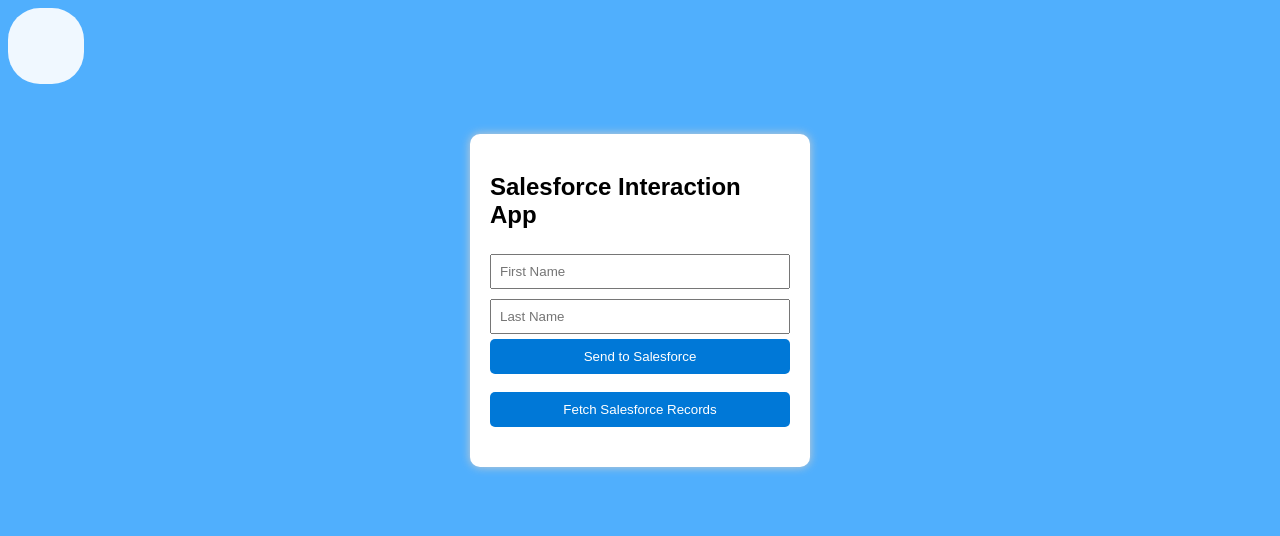
Repository: PamodaW/SalesforceSync
Page: Client/index.html
These files come from the project's save history. The page is drawn as it stood at one moment and after a run of saves; the edit follows.
The browser window is 1280 px wide. The pictures show the whole page.

Above is the page before, as saved 2024-11-20 15:12:43.

### Client/index.html
<!DOCTYPE html>
<html lang="en">
<head>
    <meta charset="UTF-8">
    <meta name="viewport" content="width=device-width, initial-scale=1.0">
    <link rel="stylesheet" href="style.css">
    <title>Salesforce Web App</title>
</head>
<body>
    <div class="Clouds"></div>
    <div class="container">
        <h2>Salesforce Interaction App</h2>
        <form id="salesforceForm">
            <input type="text" id="firstName" placeholder="First Name" required>
            <input type="text" id="lastName" placeholder="Last Name" required>
            <br/>
            <button type="button" onclick="createRecord()">Send to Salesforce</button>
        </form>
        <br/>
        <button onclick="fetchRecords()">Fetch Salesforce Records</button>

        <div id="output"></div>
    </div>
    <script src="script.js"></script>
</body>
</html>

### Client/style.css
body {
    font-family: Arial, sans-serif;
    background-color: #50affd;
}

.container {
    width: 300px;
    margin: 50px auto;
    padding: 20px;
    background: white;
    border-radius: 10px;
    box-shadow: 0 0 10px #ccc;
}

input {
    width: 100%;
    padding: 8px;
    margin: 5px 0;
    box-sizing: border-box;
}

button {
    width: 100%;
    padding: 10px;
    background: #0078d7;
    color: white;
    border: none;
    border-radius: 5px;
    cursor: pointer;
}

button:hover {
    background: #0056a6;
}

#output {
    margin-top: 20px;
}

.Clouds{
    background-color: aliceblue;
    width: 2cm;
    height: 2cm;
    border-radius: 2rem;
    border: black 2px ;
}

.Clouds:hover{
    background-color: #50affd;

}

### Client/script.js
const consumerKey = "3MVG9DREgiBqN9Wn1tmI.eQb32fXpKrWsCOiPp9anMP.XOEs3Rv7Ic_w7Q17wlZtloetkekoWTk5wvuYA8eFB";
const consumerSecret = "A0E8A1E3413392B2C6332CBA430EEA0D6A9BF24CEB56DDAEEF33126583276774";
const username = "pamodaw@gmail.com";
const password = "Pamzi2020yBm8RGuqKhuSUMUayOxBCQAk";

let accessToken = "";

async function authenticate() {
    try {
        const response = await fetch('http://localhost:3000/authenticate', {
            method: 'POST',
            headers: {
                'Content-Type': 'application/json',
            },
        });

        const data = await response.json();
        if (data.access_token) {
            accessToken = data.access_token;
            instanceUrl = data.instance_url;
            console.log('Authenticated successfully');
        } else {
            console.error('Authentication failed', data);
            alert("Authentication failed: " + JSON.stringify(data));
        }
    } catch (error) {
        console.error('Error during authentication', error);
    }
}


// Step 2: Create a Record in Salesforce
// Assuming the accessToken and instanceUrl are set after authentication

async function createRecord() {
    if (!accessToken || !instanceUrl) {
        await authenticate();
    }

    if (accessToken && instanceUrl) {
        const firstName = document.getElementById("firstName").value;
        const lastName = document.getElementById("lastName").value;

        const newContact = {
            FirstName: firstName,
            LastName: lastName,
        };

        try {
            const response = await fetch('http://localhost:3000/createContact', {  // Matches the server port
                method: 'POST',
                headers: {
                    'Content-Type': 'application/json',
                },
                body: JSON.stringify({
                    accessToken: accessToken,
                    instanceUrl: instanceUrl,
                    contactData: newContact,
                }),
            });

            const data = await response.json();

            if (data.id) {
                console.log('Contact created successfully', data);
                alert(`Contact created successfully: ${data.id}`);
            } else {
                console.error('Failed to create contact', data);
                alert("Failed to create contact: " + JSON.stringify(data));
            }
        } catch (error) {
            console.error('Error during contact creation', error);
        }
    } else {
        console.error('Authentication failed. Cannot create record.');
    }
}



// Step 3: Fetch Records from Salesforce
async function fetchRecords() {
    if (!accessToken || !instanceUrl) {
        await authenticate();
    }

    if (accessToken && instanceUrl) {
        try {
            const response = await fetch('http://localhost:3000/getContacts', {
                method: 'POST',
                headers: {
                    'Content-Type': 'application/json',
                },
                body: JSON.stringify({
                    accessToken: accessToken,
                    instanceUrl: instanceUrl,
                }),
            });

            const contacts = await response.json();

            if (Array.isArray(contacts)) {
                console.log('Contacts fetched successfully:', contacts);
                let output = "<h3>Fetched Contacts:</h3>";
                contacts.forEach(contact => {
                    output += `<p>${contact.FirstName} ${contact.LastName}</p>`;
                });
                document.getElementById('output').innerHTML = output;
            } else {
                console.error('Failed to fetch contacts', contacts);
                alert("Failed to fetch contacts: " + JSON.stringify(contacts));
            }
        } catch (error) {
            console.error('Error during contact fetch', error);
        }
    } else {
        console.error('Authentication failed. Cannot fetch contacts.');
    }
}

//clear the Area
async function ClearArea(){
    document.getElementById('output')
            .innerHTML = "";
}

After the next 4 saves:
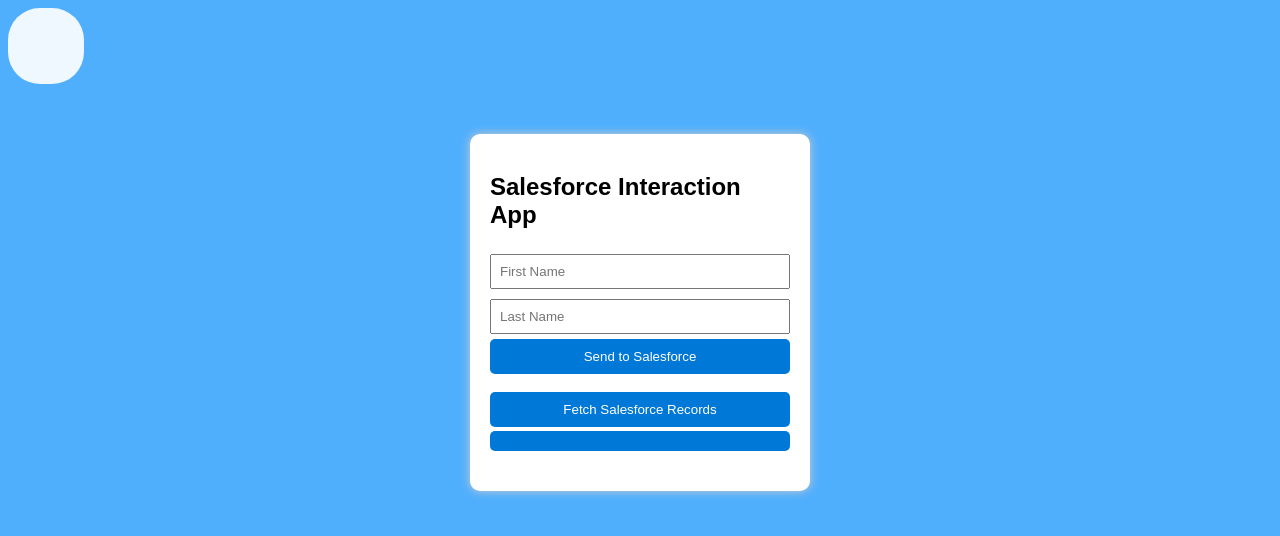
The 4 saves are shown as one change because they came seconds apart.
The last was saved 14 s later.
--- a/Client/index.html
+++ b/Client/index.html
@@ -18,7 +18,8 @@
         </form>
         <br/>
         <button onclick="fetchRecords()">Fetch Salesforce Records</button>
-
+        <br>
+        <button onclick=""></button>
         <div id="output"></div>
     </div>
     <script src="script.js"></script>
